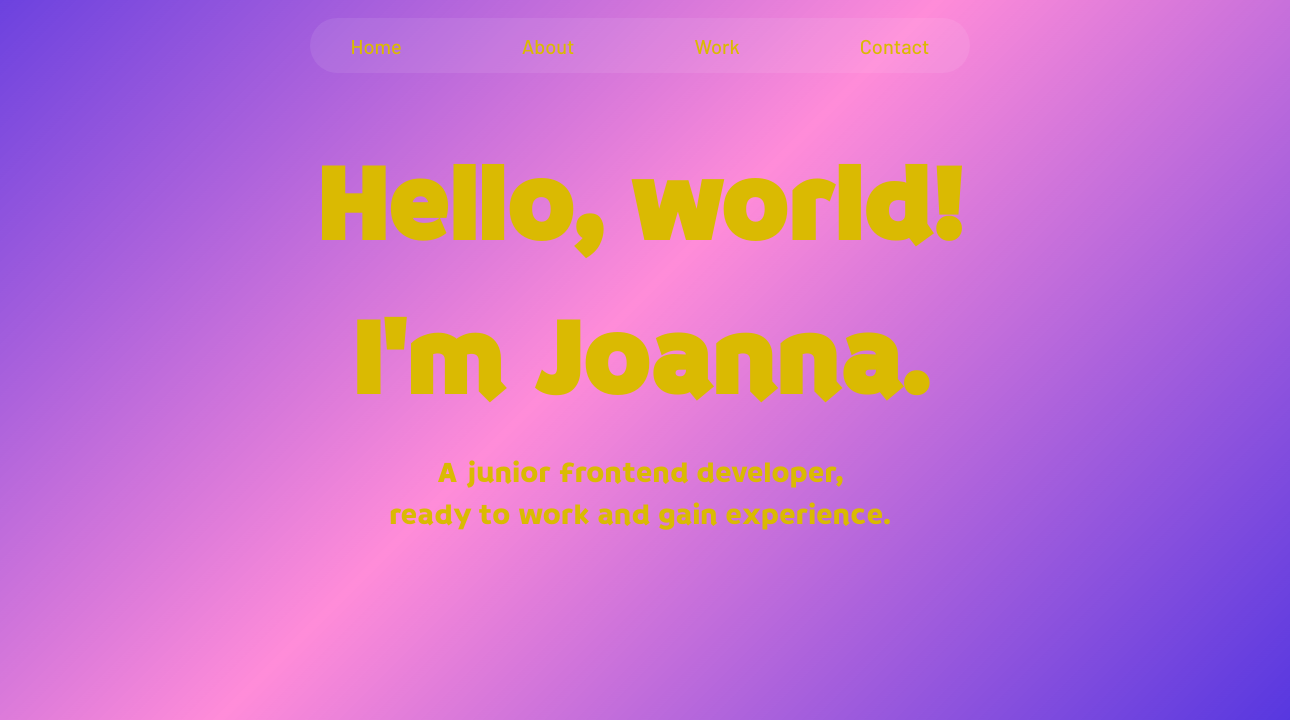
Repository: JJonka/portfolio_site
Page: /
The author's editor kept a copy of each file at every save. The page is drawn from the files as they stood at one save, then again after the next save.
The browser window is 1280 px wide. The page is 1290 px wide, so the pictures cover 1290 px, including what lies to the right of the window. The pictures show the whole page.
The project was rebuilt for these pictures with package versions that can differ from the ones it lists, and the page was loaded fresh each time. Also part of the build but not shown: vite.config.ts, src/components/EndOfSection.module.scss, src/components/EndOfSection.tsx, src/pages/About.tsx, src/components/LogoIcon.module.scss, src/components/LogoIcon.tsx, src/pages/Contact.tsx, src/pages/Work.module.scss and 1 more.

Above is the page before, as saved 2023-10-08 11:30:35.

### index.html
<!doctype html>
<html lang="en">
  <head>
    <meta charset="UTF-8" />
    <link rel="icon" href="./src/assets/jj_logo.png">
    <meta name="viewport" content="width=device-width, initial-scale=1.0" />
    <title>Joanna Jurasz - software developer</title>
  </head>
  <body>
    <div id="root"></div>
    <script type="module" src="/src/index.tsx"></script>
  </body>
</html>

### src/index.tsx
import React from 'react';
import ReactDOM from 'react-dom/client';
import App from './App';
import { BrowserRouter } from 'react-router-dom';


const root = ReactDOM.createRoot( document.getElementById('root') as HTMLElement);

root.render(
  <BrowserRouter>
    <App />
  </BrowserRouter>
);

### src/App.tsx
import { Routes, Route } from 'react-router-dom';
import HomePage from './pages/HomePage';
import About from './pages/About';
import Contact from './pages/Contact';
import Work from './pages/Work';
import './App.css'


const App = () => {
    return (
      <div>
      <div className='mainBackground' />
      <div className='layer1' />
      <div className='layer2' />

      <Routes>
        <Route path='/' element={ <HomePage /> } />
        <Route path='/about' element={ <About /> } />
        <Route path='/work' element={ <Work /> } />
        <Route path='/contact' element={ <Contact /> }/>
      </Routes>
      </div>
    )
}

export default App;

### src/pages/HomePage.tsx
import Menu from "../components/Menu";
import styles from "./HomePage.module.scss"

const  HomePage = () => {
    return (
      <div className={styles.card}>

        <div className={styles.container}>
        <Menu></Menu>
          <img src="" className={styles.imgTop}></img>
          <h1 className={styles.header}>Hello, world!<br />I'm Joanna.</h1>
          <h2 className={styles.introduction}>A junior frontend developer, <br />ready to work and gain experience.</h2>
          <img src="" className={styles.imgBottom}></img>
        </div>
      </div>
    )
}

export default HomePage;

### src/App.css
@font-face {
  font-family: 'Barlow-Light';
  src: url(/fonts/Barlow-Light.ttf);
}

@font-face {
	font-family: 'Barlow-Regular' ;
	src: url(/fonts/Barlow-Regular.ttf);
}

body {
	display: flex;
	flex-direction: column;
    align-items: center;
    font-family: 'Barlow-Light';
	text-align: center;
    padding-left: calc(100vw - 100%);
    --main-color: #daba02;
}

.mainBackground {
    background-image: linear-gradient(135deg, #2719e0 10%, #ff00aa79 50% , #2719e0 90%);
    animation: slide 5s linear infinite alternate;
    animation-fill-mode: forwards;
    animation-delay: -1s;
    position: fixed;
    top: 0;
    bottom: 0;
    left: -50%;
    right: -50%;
    opacity: 0.95;
    z-index: -1;
}




@keyframes slide {
    0% {
        transform: translateX(-20%);
    }
    100% {
        transform: translateX(5%);
    }

}

### src/components/Menu.tsx
import styles from "./Menu.module.scss";
import  LinkToPage  from "./LinkToPage"

const Menu = () => {

    return (
        <div className={styles.menu}>
            <LinkToPage
                link = {'/'}
                urlTo = {"http://localhost:5173/"}
                linkTitle= {"Home"}
            ></LinkToPage>
            <LinkToPage
                link = {'/about'}
                urlTo = {"http://localhost:5173/about"}
                linkTitle= {"About"}
            ></LinkToPage>
            <LinkToPage
                link = {'/work'}
                urlTo = {"http://localhost:5173/work"}
                linkTitle= {"Work"}
            ></LinkToPage>
            <LinkToPage
                link = {'/contact'}
                urlTo = {"http://localhost:5173/contact"}
                linkTitle= {"Contact"}
            ></LinkToPage>
        </div>
    )
};

export default Menu;

### src/pages/HomePage.module.scss
@font-face {
    font-family: 'BraahOne-Regular';
    src: url(/fonts/BraahOne-Regular.ttf);
}

.header {
    color: var(--main-color);
    font-family: "BraahOne-Regular";
    font-size: 110px;
    margin-bottom: 10px;
    margin-top: 25px;
}

.introduction {
    color: var(--main-color);
    font-family: "BraahOne-Regular";
    font-size: 30px;
    font-weight: 50;
    margin-top: 5px;

}

.imgTop {
    position: absolute;
    top: 20px;
    left: 0;
    max-width: 40%;
    max-height: 40%;
    -webkit-transform: scaleX(-1);
    transform: scaleX(-1);
}

.imgBottom {
    position: absolute;
    bottom: 0;
    right: 0;
    max-width: 40%;
    max-height: 40%;
}

.container {
    display: flex;
    flex-direction: column;
    align-items: center;
    position: relative;
    width: 1300px;
    height: 600px;
}

.card {
    display: flex;
    flex-direction: column;
    align-items: center;
}

### src/pages/About.module.scss
@font-face {
	font-family: 'Barlow-Regular' ;
	src: url(/fonts/Barlow-Regular.ttf);
}

.card {
    display: flex;
    flex-direction: column;
    align-items: center;
}

.header {
    color: var(--main-color);
    font-family: "BraahOne-Regular";
    font-size: 100px;
    margin-bottom: 10px;
    margin-top: 15px;
}

.container {
    justify-content: center;
    display: flex;
    flex-direction: row;
    height: 450px;
    width: 1100px;
    gap: 50px;
    margin-bottom: 10px;
    margin-top: 20px;
}

.image {
    max-width: 90%;
    max-height: 90%;
}

.text {
    height: 400px;
    width: 550px;
    display: flex;
    flex-direction: column;
    align-items: center;
    justify-content: center;
}

.aboutMe {
    font-family: "Barlow-Regular";
    font-size: 20px;
    color:  rgb(0, 68, 157);
    margin: 0;
    padding: 30px;

}

.box {
    background-color: rgba(255, 255, 255, 0.419);
    border-color: var(--main-color);
    border-radius: 50px;
    border-style: solid;
    border-width: 2px;
    text-align: justify;
}

### src/pages/Contact.module.scss
@font-face {
	font-family: 'Barlow-Regular' ;
	src: url(/fonts/Barlow-Regular.ttf);
}
@font-face {
    font-family: 'Barlow-Medium';
    src: url(/fonts/Barlow-Medium.ttf);
}

.card {
    align-items: center;
    display: flex;
    flex-direction: column;
}

.container {
    display: flex;
    flex-direction: column;
    align-items: center;
    height: 500px;
    width: 1100px;
    margin-bottom: 100px;
}

.header {
    color: var(--main-color);
    font-family: "BraahOne-Regular";
    font-size: 70px;
    margin-bottom: 10px;
    margin-top: 30px;

}

.logos {
    display: flex;
    flex-direction: row;
    gap: 250px;
    margin-top: 50px;
    margin-bottom: 120px;
    justify-content: center;
    width: 1000px;
}

a {
    text-decoration: none;
}

### src/components/Menu.module.scss
@font-face {
    font-family: 'Barlow-Medium';
    src: url(/fonts/Barlow-Medium.ttf);
}


.menu {
    border-radius: 50px;
    font-family: 'Barlow-Medium';
    font-size: 20px;
    margin-top: 10px;
    margin-bottom: 30px;
    width: 620px;
    height: 15px;
    padding: 20px;
    display: flex;
    flex-direction: row;
    align-items: center;
    justify-content: center;
    column-gap: 30px;
    background-color:rgba(255, 255, 255, 0.083);;

}

### src/components/LinkToPage.tsx
import { Link } from "react-router-dom";
import styles from "./LinkToPage.module.scss"

interface LinkTo  {
    link: string
    urlTo: string
    linkTitle: string
}

const LinkToPage = (props: LinkTo) => {
    return (
        <div>
            <Link to={props.link} className={document.URL == props.urlTo ? styles.active : styles.link}>{props.linkTitle} </Link>
        </div>
    )
}

export default LinkToPage

### src/components/LinkToPage.module.scss
.link {
    text-decoration: none;
    color: var(--main-color);
    margin: 10px 25px;
    padding: 5px 20px;
}

.link:hover {
    margin: 10px 25px;
    padding: 5px 20px;
    background-color: rgba(255, 255, 255, 0.259);
    border-radius: 50px;
    transition: background-color 1s;
}

.active {
    text-decoration: none;
    color: var(--main-color);
    margin: 10px 25px;
    padding: 5px 20px;
    background-color: rgba(255, 255, 255, 0.259);
    border-radius: 50px;
}

After the next save:
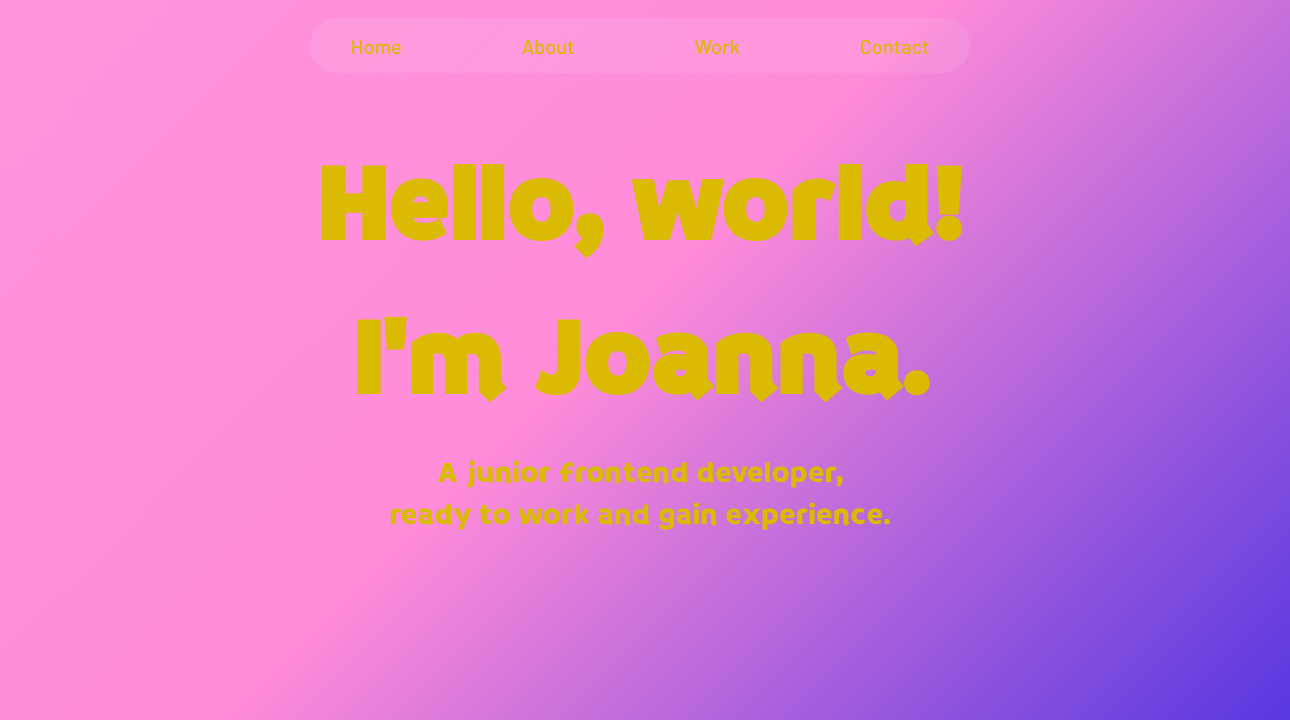
Saved 3 min 27 s later.
--- a/src/App.css
+++ b/src/App.css
@@ -19,7 +19,7 @@ body {
 }
 
 .mainBackground {
-    background-image: linear-gradient(135deg, #2719e0 10%, #ff00aa79 50% , #2719e0 90%);
+    background-image: linear-gradient(135deg, #FF92DB 10%, #ff00aa79 50% , #2719e0 90%);
     animation: slide 5s linear infinite alternate;
     animation-fill-mode: forwards;
     animation-delay: -1s;
